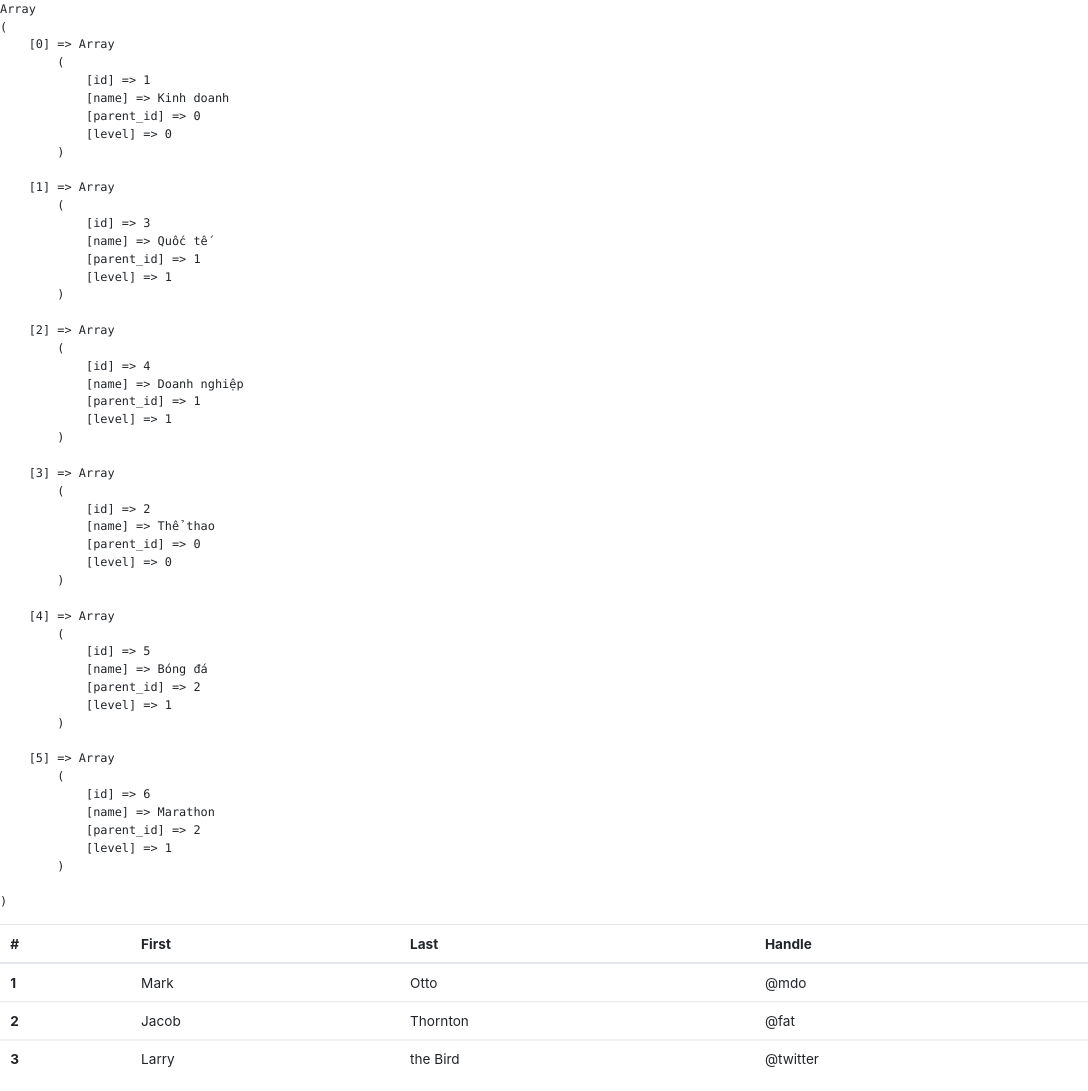
Repository: anhtu2110/backend
Page: http://localhost/backend/section-30_part_2/index.php
The author's editor kept a copy of each file at every save. The page is drawn from the files as they stood at one save, then again after the next save.
The browser window is 1280 px wide. The pictures show the whole page, at 85% of full size.
The page is run by PHP 8.4 with error messages shown; the project is at /var/www/html/.

Above is the page before, as saved 2022-12-06 16:22:14.

After the next save:
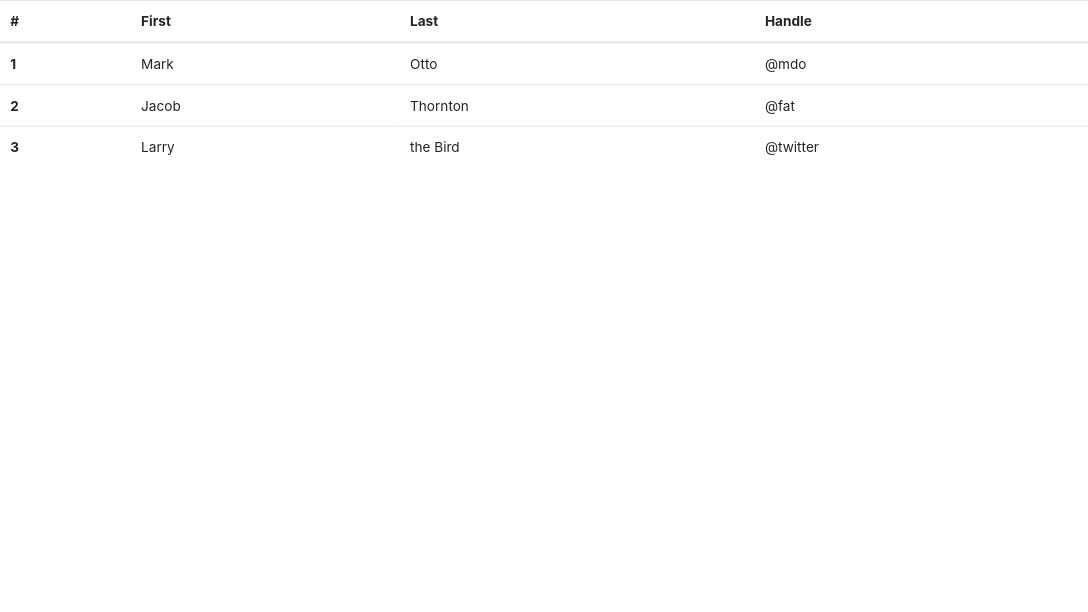
Saved 30 s later.
--- a/section-30_part_2/index.php
+++ b/section-30_part_2/index.php
@@ -102,7 +102,7 @@ function show_array($data)
 }
 // echo "<pre>";
 // print_r(data_tree($data, 0));
-show_array(data_tree($data, 0));
+// show_array(data_tree($data, 0));
 ?>
 <!DOCTYPE html>
 <html lang="en">
